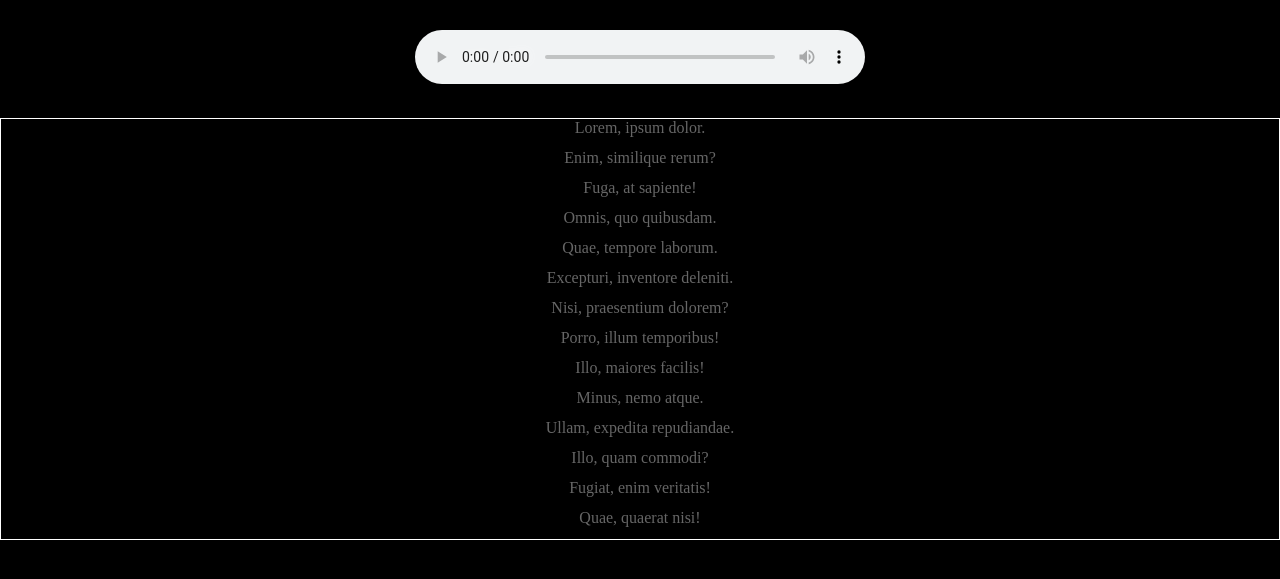
Repository: zhaojunyan9528/music-scroll
Page: index.html
The author's editor kept a copy of each file at every save. The page is drawn from the files as they stood at one save, then again after the next save.
The browser window is 1280 px wide. The pictures show the whole page.

Above is the page before, as saved 2023-11-23 13:45:40.

### index.html
<!DOCTYPE html>
<html lang="en">
<head>
  <meta charset="UTF-8">
  <meta name="viewport" content="width=device-width, initial-scale=1.0">
  <title>Music</title>
  <link rel="stylesheet" href="./css/index.css">
</head>
<body>
  <audio src="./assets/music.mp3" controls></audio>
  <div class="container">
    <ul class="lrc-list">
      <li>Lorem, ipsum dolor.</li>
      <li>Enim, similique rerum?</li>
      <li>Fuga, at sapiente!</li>
      <li>Omnis, quo quibusdam.</li>
      <li>Quae, tempore laborum.</li>
      <li class="active">Excepturi, inventore deleniti.</li>
      <li>Nisi, praesentium dolorem?</li>
      <li>Porro, illum temporibus!</li>
      <li>Illo, maiores facilis!</li>
      <li>Minus, nemo atque.</li>
      <li>Ullam, expedita repudiandae.</li>
      <li>Illo, quam commodi?</li>
      <li>Fugiat, enim veritatis!</li>
      <li>Quae, quaerat nisi!</li>
      <li>At, enim eos!</li>
      <li>Consectetur, pariatur possimus?</li>
      <li>Provident, eaque eveniet.</li>
      <li>Odit, nihil explicabo?</li>
      <li>Magnam, mollitia consequatur?</li>
      <li>Mollitia, blanditiis labore.</li>
      <li>Consequatur, laborum nemo!</li>
      <li>Consectetur, facilis. Labore.</li>
      <li>Eos, aliquid nesciunt?</li>
      <li>Iusto, cumque rem.</li>
      <li>Cumque, sit velit?</li>
      <li>Labore, error molestias?</li>
      <li>Saepe, nostrum quas.</li>
      <li>Quod, voluptate natus!</li>
      <li>Blanditiis, molestias voluptatibus!</li>
      <li>Temporibus, dicta aut!</li>
    </ul>
  </div>
</body>
</html>

### css/index.css
* {
  margin: 0;
  padding: 0;
}
body {
  background-color: black;
  color: #666;
  text-align: center;
}
audio {
  width: 450px;
  margin: 30px 0;
}
.container {
  height: 420px;
  overflow: hidden;
  border: 1px solid white;
}
li {
  list-style: none;
  height: 30px;
  line-height: 30p;
}

After the next save:
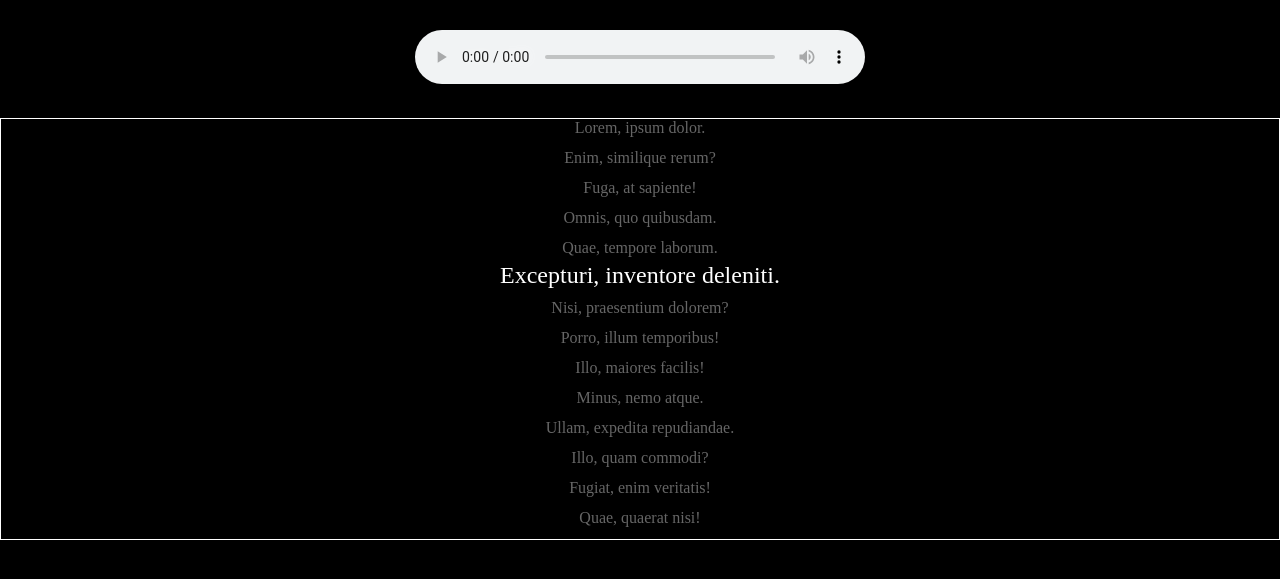
Saved 37 s later.
--- a/css/index.css
+++ b/css/index.css
@@ -16,8 +16,16 @@
   overflow: hidden;
   border: 1px solid white;
 }
+.lrc-list {
+  transition: 0.2s;
+  /* 只针对数值类属性有效 */
+}
 li {
   list-style: none;
   height: 30px;
   line-height: 30p;
 }
+li.active {
+  color: white;
+  transform: scale(1.5);
+}
